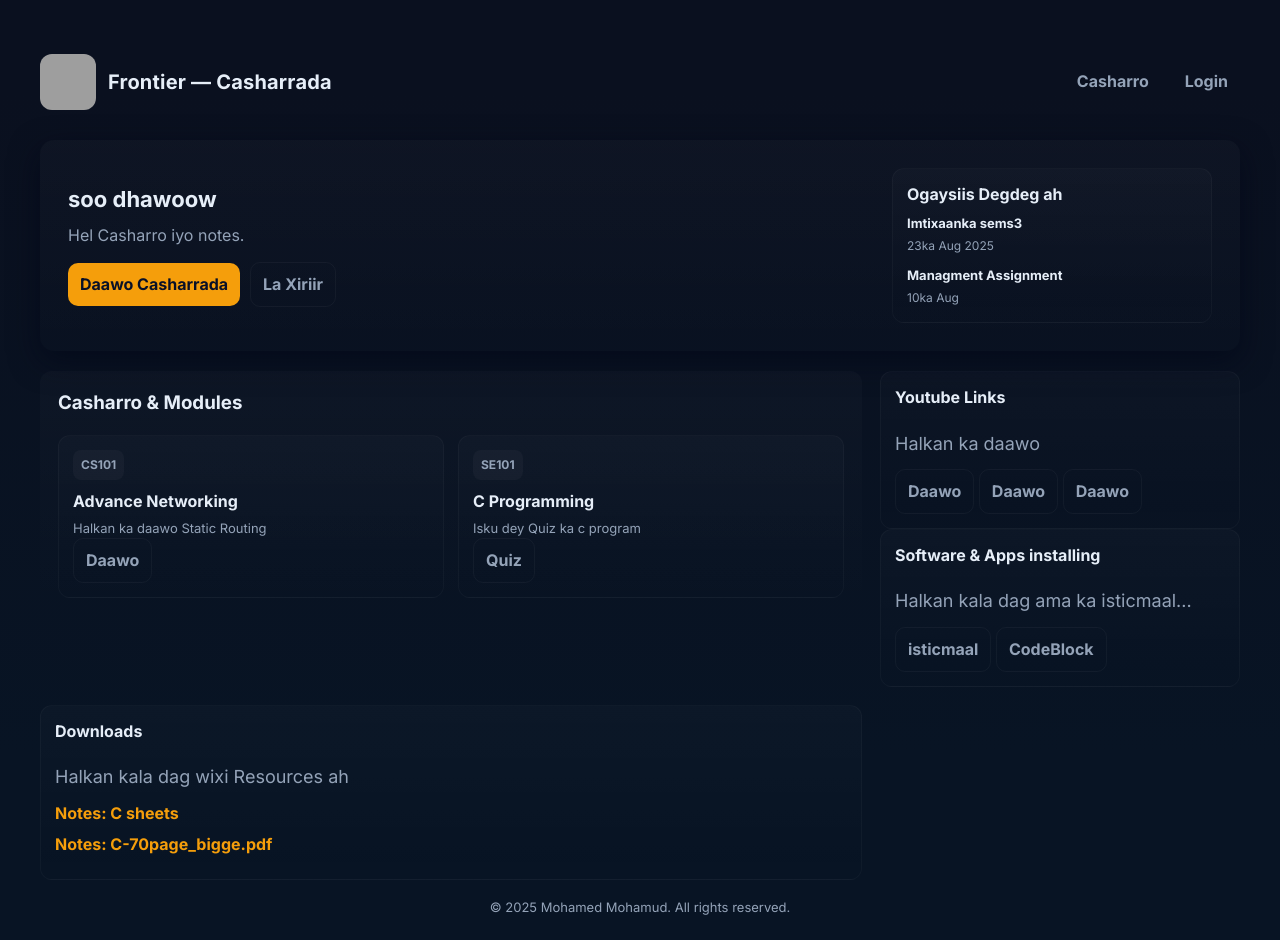
Repository: mrfiiqane/Al-Tacaawun.com
Page: index.html
These files come from the project's save history. The page is drawn as it stood at one moment and after the next save; the edit follows.
The browser window is 1280 px wide. The pictures show the whole page.
Pictures or frames that could not be fetched are drawn as grey boxes.

Above is the page before, as saved 2025-08-12 09:01:47.

### index.html
<!doctype html>
<html lang="en">
<head>
  <meta charset="utf-8" />
  <meta name="viewport" content="width=device-width,initial-scale=1" />
  <title>Jaamacadda — Casharrada</title>
  <link rel="stylesheet" href="./style.css">

  <!-- Google Font (optional) -->
  <link href="https://fonts.googleapis.com/css2?family=Inter:wght@300;400;600;700&display=swap" rel="stylesheet">

</head>
<body>
  <div class="wrap">

    <header>
      <div class="brand">
        <div class="logo"></div>
        <div>
          <h1 class="site-title">Frontier — Casharrada</h1>
        </div>
      </div>

      <nav aria-label="Primary">
        <a href="#courses">Casharro</a>
        <a href="./Singin.html">Login</a>
      </nav>
    </header>

    <section class="hero">
      <div class="hero-left">

        <h2>soo dhawoow</h2>
        <p>Hel Casharro iyo notes.</p>

        <div class="cta-row">
          <a class="btn" href="#courses">Daawo Casharrada</a>
          <a class="btn secondary" href="#contact">La Xiriir</a>
        </div>
      </div>

      <div class="hero-right card">
        <h4 style="margin:0 0 8px 0">Ogaysiis Degdeg ah</h4>
        <ul class="ann-list">
          <li class="ann"><div><b>Imtixaanka sems3</b><small> 23ka Aug 2025</small></div></li>
          <li class="ann"><div><b>Managment Assignment</b><small> 10ka Aug</small></div></li>
        </ul>
      </div>
    </section>

    <div class="grid">
      <main>
        <!-- Courses -->
        <div id="courses" class="section">
          <h3 style="margin-top:0">Casharro & Modules</h3>
          <div class="courses">
            <article class="course">
              <span class="code">CS101</span>
              <h3>Advance Networking</h3>
              <p>Halkan ka daawo Static Routing</p>
              <a class="btn secondary" href="https://youtu.be/i_kWL7zncr0?si=UCBDJ3CswC6rXT9E" >Daawo</a>
            </article>
            <article class="course">
              <span class="code">SE101</span>
              <h3>C Programming</h3>
              <p>Isku dey Quiz ka c program</p>
              <a class="btn secondary" href="https://quiz-with-c.vercel.app/" >Quiz</a>
            </article>



          </div>
        </div>



      </main>

      <!-- Sidebar -->
      <aside>
        <div class="card">
          <h4 style="margin-top:0">Youtube Links</h4>
          <p class="site-sub">Halkan ka daawo</p>
          <ul style="margin:12px 0 0 0; padding:0; list-style:none;">
            <a class="btn secondary" href="https://youtu.be/eYBJgoVVvV4" >Daawo</a>
            <a class="btn secondary" href="https://youtu.be/OuTGAZUUJFI" >Daawo</a>
            <a class="btn secondary" href="https://youtu.be/sqkx3KoNXKo" >Daawo</a>
          </ul>
        </div>
        <div class="card">
          <h4 style="margin-top:0">Software & Apps installing</h4>
          <p class="site-sub">Halkan kala dag ama ka isticmaal...</p>
          <ul style="margin:12px 0 0 0; padding:0; list-style:none;">
            <a class="btn secondary" href="https://www.programiz.com/c-programming/online-compiler/" >isticmaal</a>
            <a class="btn secondary" href="https://sourceforge.net/projects/codeblocks/files/Binaries/25.03/Windows/codeblocks-25.03mingw-setup.exe/download" >CodeBlock</a>

          </ul>
        </div>

      </aside>
      <aside>
        <div class="card">
          <h4 style="margin-top:0">Downloads</h4>
          <p class="site-sub">Halkan kala dag wixi Resources ah</p>
          <ul style="margin:12px 0 0 0; padding:0; list-style:none;">
            <li style="margin-bottom:8px"><a href="./images/cheat_sheet_c.pdf" download="" style="color:var(--accent); text-decoration:none; font-weight:700">Notes: C sheets</a></li>
            <li style="margin-bottom:8px"><a href="./images/C-70page-begginers.pdf" download="" style="color:var(--accent); text-decoration:none; font-weight:700">Notes: C-70page_bigge.pdf</a></li>
          </ul>
        </div>

      </aside>
    </div>

    <footer>
      © <span id="year"></span> 2025 Mohamed Mohamud. All rights reserved.
    </footer>

  </div>

</body>
</html>

### style.css
:root{
      --bg:#0f1724;
      --card:#0b1220;
      --accent:#F59E0B;
      --muted:#94a3b8;
      --glass: rgba(255,255,255,0.04);
      --radius:14px;
      --maxw:1200px;
      font-family: "Inter", system-ui, -apple-system, "Segoe UI", Roboto, "Helvetica Neue", Arial;
    }
    *{box-sizing:border-box}
    html,body{
      height:80%
      width:80%
    }
    body{
      margin:0;
      background: linear-gradient(180deg,#0a101f 10%, #081424 80%);
      color:#e6eef8;
      -webkit-font-smoothing:antialiased;
      -moz-osx-font-smoothing:grayscale;  /* //waa maxay */
      line-height:1.45;
      padding:24px;
      display:flex;
      justify-content:center;
    }
    .wrap{
      width:100%;
      max-width:var(--maxw);

    }

    /* Header */
    header{
      display:flex;
      align-items:center;
      justify-content:space-between;
      gap:16px;
      margin: 30px auto;
    }
    .brand{
      display:flex;
      align-items:center;
      gap:12px;
    }
    .logo{
      background-image: url('https://encrypted-tbn0.gstatic.com/images?q=tbn:ANd9GcTuMOF6fEdt8Zlo2HOTVPE4MufJVdZzyfTKlA&s');
      background-size:cover;
      background-position:center;
      background-repeat:no-repeat;
      width:56px;
      height:56px;
      border-radius:12px;
      display:flex;
      align-items:center;
      justify-content:center;
      font-weight:700;
      font-size:20px;
    }
    h1.site-title{
      margin:0;
      font-size:20px;
      letter-spacing:0.2px;
    }
    p.site-sub{ margin:0; color:var(--muted); font-size:18px }

    nav{
      display:flex;
      gap:12px;
      align-items:center;
    }
    nav a{
      color:var(--muted);
      text-decoration:none;
      font-weight:800;
      padding:8px 12px;
      border-radius:10px;
    }
    nav a:hover{ color:#fff; background:var(--glass) }

    /* Hero */
    .hero{
      background: linear-gradient(180deg, rgba(255,255,255,0.02), transparent);
      border-radius: var(--radius);
      padding:28px;
      display:flex;
      gap:24px;
      align-items:center;
      margin-bottom:20px;
      box-shadow: 0 10px 30px rgba(2,6,23,0.6);
    }
    .hero-left{flex:1}
    .hero-right{ width:320px; min-width:220px }
    .hero h2{ margin:0 0 8px 0; font-size:22px }
    .hero p{ margin:0 0 14px 0; color:var(--muted) }

    .cta-row{ display:flex; gap:10px; align-items:center }
    .btn{
      background:var(--accent);
      color:#081028;
      padding:10px 12px;
      border-radius:10px;
      font-weight:700;
      border:none;
      cursor:pointer;
      text-decoration:none;
      display:inline-block;
    }
    .btn.secondary{
      background:transparent;
      color:var(--muted);
      border:1px solid rgba(255,255,255,0.04);
    }

    /* Grid */
    .grid{
      display:grid;
      gap:18px;
      grid-template-columns: 1fr 360px;
    }

    /* Main content */
    main{ background:transparent }
    .section{
      background: linear-gradient(180deg, rgba(255,255,255,0.02), transparent);
      padding:18px;
      border-radius:12px;
      margin-bottom:16px;
    }

    /* Courses */
    .courses{
      display:grid;
      grid-template-columns: repeat(auto-fit,minmax(230px,1fr));
      gap:14px;
    }
    .course{
      background:linear-gradient(180deg, rgba(255,255,255,0.02), transparent);
      padding:14px;
      border-radius:12px;
      border:1px solid rgba(255,255,255,0.03);
      transition:transform .18s ease, box-shadow .18s ease;
    }
    .course:hover{ transform:translateY(-6px); box-shadow:0 12px 30px rgba(2,6,23,0.6) }
    .code{
      display:inline-block;
      background:rgba(255,255,255,0.03);
      padding:6px 8px;
      border-radius:8px;
      color:var(--muted);
      font-weight:700;
      font-size:12px;
    }
    .course h3{ margin:10px 0 6px 0; font-size:16px }
    .course p{ margin:0; color:var(--muted); font-size:13px }

    /* Sidebar cards */
    .card{
      background: linear-gradient(180deg, rgba(255,255,255,0.02), transparent);
      padding:14px;
      border-radius:12px;
      border:1px solid rgba(255,255,255,0.03);
    }
    .ann-list{ list-style:none; margin:0; padding:0; display:flex; flex-direction:column; gap:10px }
    .ann{
      display:flex; gap:10px; align-items:flex-start;
    }
    .ann b{ display:block; font-size:13px }
    .ann small{ color:var(--muted); font-size:12px }

    footer{
      margin-top:18px; text-align:center; color:var(--muted); font-size:13px;
    }

    /* Responsive */
    @media (max-width:768px){
    header{
      display:block;
      align-items:center;
      justify-content:space-around;
      gap:5px;
      margin-bottom:22px;
    }
    .hero, .grid{
      display: flex;
      flex-direction: column;
    }

    nav{
      gap:5px;
      justify-content: end;
    }
    .btn{
      padding:10px;
    }

    }

After the next save:
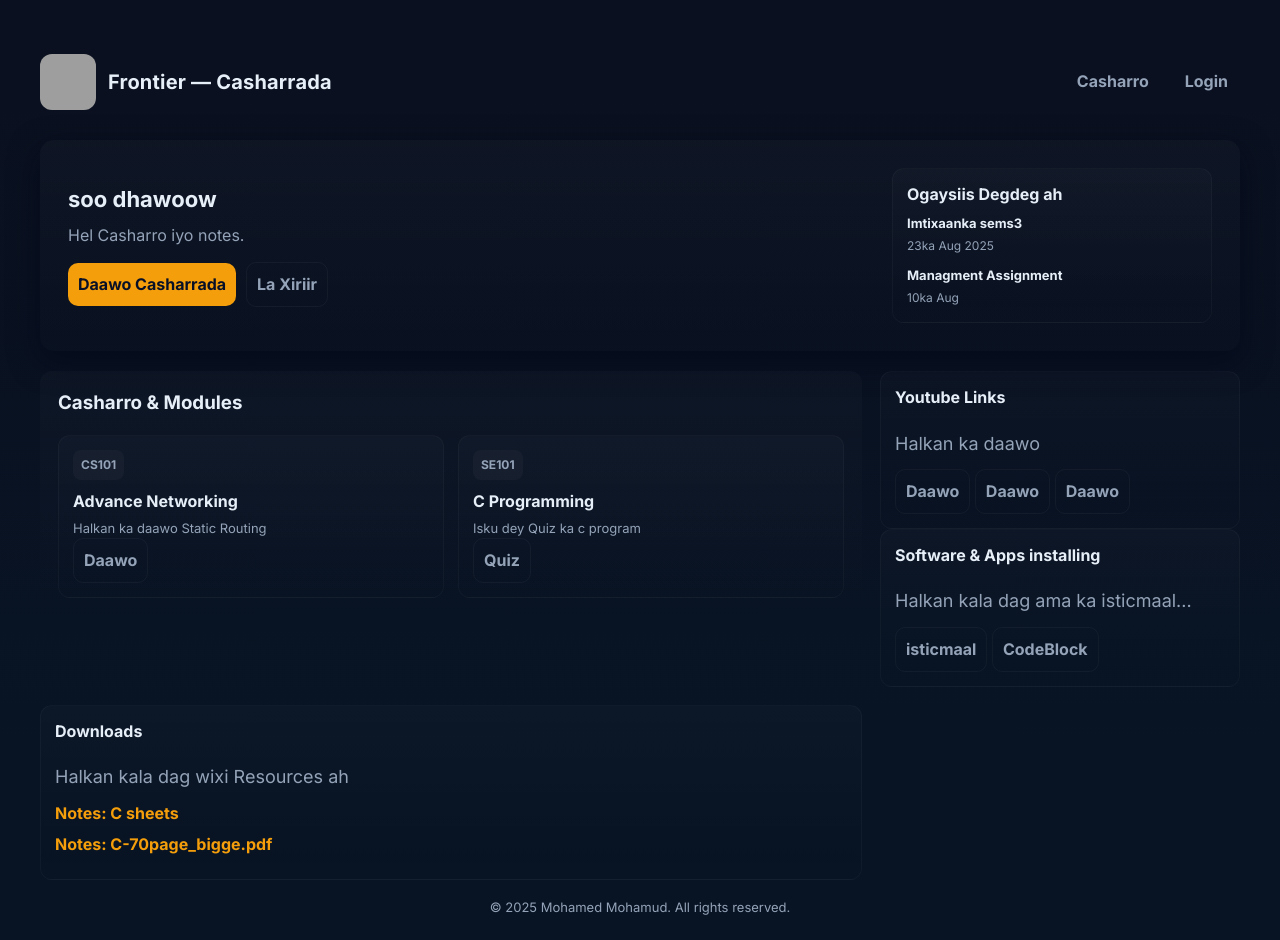
Saved 14 s later.
--- a/style.css
+++ b/style.css
@@ -98,7 +98,7 @@
     .btn{
       background:var(--accent);
       color:#081028;
-      padding:10px 12px;
+      padding:10px;
       border-radius:10px;
       font-weight:700;
       border:none;
